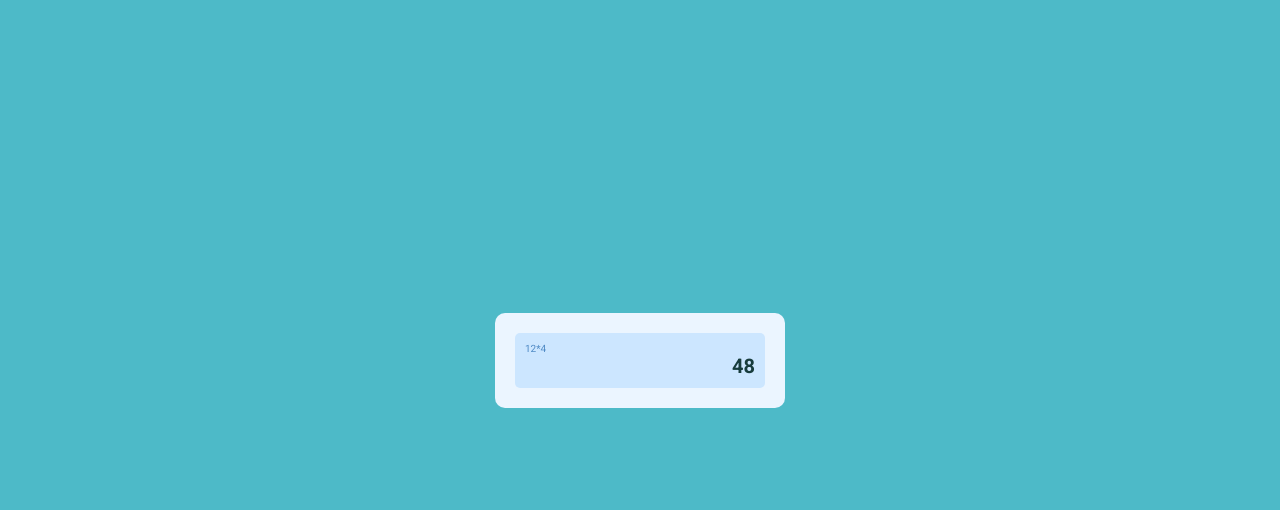
Repository: Herinyhert/Calculate-infix-a-postfix
Page: index.html
The author's editor kept a copy of each file at every save. The page is drawn from the files as they stood at one save, then again after a run of saves.
The browser window is 1280 px wide. The pictures show the whole page.

Above is the page before, as saved 2023-11-02 19:10:53.
Console error: SyntaxError: Cannot use import statement outside a module

### index.html
<html lang="en">
  <head>
    <meta charset="UTF-8" />
    <meta http-equiv="X-UA-Compatible" content="IE=edge" />
    <meta name="viewport" content="width=device-width, initial-scale=1.0" />
    <title>Calculator</title>
    <link rel="preconnect" href="https://fonts.googleapis.com" />
    <link rel="preconnect" href="https://fonts.gstatic.com" crossorigin />
    <link
      href="https://fonts.googleapis.com/css2?family=Roboto:wght@300;400;500;700&display=swap"
      rel="stylesheet"
    />
    <link rel="stylesheet" href="css/index.css" />
  </head>
  <body>
    <div class="caculate-container">
      <div class="calculator-result-preview">
        <div id="operation">12*4</div>
        <div id="operation-result">48</div>
      </div>
      <div id="calculator-buttons"></div>
    </div>
    <script src="js/index.js"></script>
  </body>
</html>

### css/index.css
body{
    display: flex;
    justify-content: center;
    align-items: center;
    min-height: 100vh;
    background-color: #4dbac8;
    box-sizing: border-box;
    margin: 0;
    padding: 0;
    font-family: 'Roboto', sans-serif;
}
.caculate-container{
    background-color: #ebf5ff;
    padding: 20px;
    border-radius: 10px;
    width: 250px;
}
.calculator-result-preview{
    background-color: #cce6ff;
    width: auto;
    border-radius: 5px;
    padding: 10px;
}
#operation{
    color: #4f8ac5;
    font-size: 10px;
}
#operation-result{
    color: #173c3d;
    font-size: 20px;
    font-weight: bold;
    display: flex;
    justify-content: flex-end;
}

### js/index.js
import { buttons } from './buttons.js';
const buttonContainer = document.getElementById('calculator-buttons');
buttons.forEach(button => {
    const buttonElement = document.createElement('button');
    buttonElement.className = button.className;
    buttonElement.innerText = button.value.toString();
    buttonContainer.appendChild(buttonElement);
});

### js/buttons.js
import { calculate } from "./calculator.js";
let operation = "";
const operationContainer = document.getElementById("operation");
const operationResult = document.getElementById("operation-result");
const buttonContainer = document.getElementById("calculator-buttons");
function addValue(value) {
    operation += value;
    operationContainer.innerHTML = operation;
}
function handleCalculate(operation) {
    operationResult.innerHTML = calculate(operation).toString();
}
function handleClear() {
    operation = "";
    operationContainer.innerHTML = "";
    operationResult.innerHTML = "0";
}
function handleDelete() {
    operation = operation.slice(0, operation.length - 1);
    operationContainer.innerHTML = operation;
}
export const buttons = [
    {
        value: "(",
        className: "button small dark",
        action: addValue,
    },
    {
        value: ")",
        className: "button small dark",
        action: addValue,
    },
    {
        value: "ans",
        className: "button small dark",
        action: addValue,
    },
    {
        value: "del",
        className: "button small dark",
        action: handleDelete,
    },
    {
        value: "clear",
        className: "button small dark",
        action: handleClear,
    },
    {
        value: "7",
        className: "button",
        action: addValue,
    },
    {
        value: "8",
        className: "button",
        action: addValue,
    },
    {
        value: "9",
        className: "button",
        action: addValue,
    },
    {
        value: "%",
        className: "button dark large",
        action: addValue,
    },
    //   {
    //     value: "√",
    //     className: "button dark",
    //     action: addValue,
    //   },
    {
        value: "4",
        className: "button",
        action: addValue,
    },
    {
        value: "5",
        className: "button",
        action: addValue,
    },
    {
        value: "6",
        className: "button",
        action: addValue,
    },
    {
        value: "*",
        className: "button dark",
        action: addValue,
    },
    {
        value: "/",
        className: "button dark",
        action: addValue,
    },
    {
        value: "1",
        className: "button",
        action: addValue,
    },
    {
        value: "2",
        className: "button",
        action: addValue,
    },
    {
        value: "3",
        className: "button",
        action: addValue,
    },
    {
        value: "+",
        className: "button dark",
        action: addValue,
    },
    {
        value: "-",
        className: "button dark",
        action: addValue,
    },
    {
        value: ".",
        className: "button dark",
        action: addValue,
    },
    {
        value: "0",
        className: "button",
        action: addValue,
    },
    {
        value: "^",
        className: "button dark",
        action: addValue,
    },
    {
        value: "ENTER",
        className: "button dark large",
        action: handleCalculate,
    },
];
buttons.forEach((button) => {
    const buttonElement = document.createElement("button");
    buttonElement.className = button.className;
    buttonElement.innerText = button.value.toString();
    if (button.value === "ENTER") {
        buttonElement.addEventListener("click", () => button.action(operation));
    }
    else {
        buttonElement.addEventListener("click", () => button.action(button.value.toLocaleString()));
    }
    buttonContainer === null || buttonContainer === void 0 ? void 0 : buttonContainer.appendChild(buttonElement);
});

### js/calculator.js
import { OPERATORS } from "./enums/operators.js";
const OPERAND_STACK = [];
const OPERATOR_STACK = [];
function isOperator(operator) {
    return (operator === OPERATORS.POW ||
        operator === OPERATORS.MINUS ||
        operator === OPERATORS.PLUS ||
        operator === OPERATORS.MULTIPLY ||
        operator === OPERATORS.DIVIDE ||
        operator === OPERATORS.MODULE);
}
function getProcedence(operator) {
    if (operator === OPERATORS.POW) {
        return 3;
    }
    else if (operator === OPERATORS.MULTIPLY ||
        operator === OPERATORS.DIVIDE ||
        operator === OPERATORS.MODULE) {
        return 2;
    }
    else if (operator === OPERATORS.PLUS || operator === OPERATORS.MINUS) {
        return 1;
    }
    return -1;
}
const action = {
    [OPERATORS.DIVIDE]: (leftNumber, rightNumber) => rightNumber / leftNumber,
    [OPERATORS.PLUS]: (leftNumber, rightNumber) => leftNumber + rightNumber,
    [OPERATORS.MINUS]: (leftNumber, rightNumber) => rightNumber - leftNumber,
    [OPERATORS.MULTIPLY]: (leftNumber, rightNumber) => leftNumber * rightNumber,
    [OPERATORS.MODULE]: (leftNumber, rightNumber) => leftNumber % rightNumber,
    [OPERATORS.POW]: (leftNumber, rightNumber) => Math.pow(leftNumber, rightNumber),
};
function calculateOperation() {
    const leftSideNumber = OPERATOR_STACK.pop(); //2
    const operation = OPERAND_STACK.pop(); //+
    const rightSideNumber = OPERATOR_STACK.pop(); //2
    return action[operation](leftSideNumber, rightSideNumber);
}
function evaluateExpression(expression) {
    for (let i = 0; i < expression.length; i++) {
        let currentOperation = expression[i];
        if (!isNaN(Number(currentOperation))) {
            let currentNumber = "";
            while (!isNaN(Number(currentOperation))) {
                currentNumber = `${currentNumber}${currentOperation}`;
                i++;
                if (i < expression.length) {
                    currentOperation = expression.charAt(i);
                }
                else {
                    break;
                }
            }
            i--;
            OPERATOR_STACK.push(Number(currentNumber));
        }
        else if (currentOperation === "(") {
            OPERAND_STACK.push(currentOperation);
        }
        else if (currentOperation === ")") {
            while (OPERAND_STACK[OPERAND_STACK.length - 1] !== "(") {
                const output = calculateOperation();
                OPERATOR_STACK.push(output);
            }
            OPERAND_STACK.pop();
        }
        else if (isOperator(currentOperation)) {
            while (OPERAND_STACK.length !== 0 &&
                getProcedence(currentOperation) <=
                    getProcedence(OPERAND_STACK[OPERAND_STACK.length - 1])) {
                const output = calculateOperation();
                OPERATOR_STACK.push(output);
            }
            OPERAND_STACK.push(currentOperation);
        }
    }
    while (OPERAND_STACK.length !== 0) {
        const output = calculateOperation();
        OPERATOR_STACK.push(output);
    }
    return OPERATOR_STACK.pop();
}
export function calculate(operation) {
    return evaluateExpression(operation);
}

### js/enums/operators.js
export var OPERATORS;
(function (OPERATORS) {
    OPERATORS["PLUS"] = "+";
    OPERATORS["MINUS"] = "-";
    OPERATORS["MULTIPLY"] = "*";
    OPERATORS["DIVIDE"] = "/";
    OPERATORS["SQUARE_ROOT"] = "\u221A";
    OPERATORS["MODULE"] = "%";
    OPERATORS["POW"] = "^";
})(OPERATORS || (OPERATORS = {}));

After the next 3 saves:
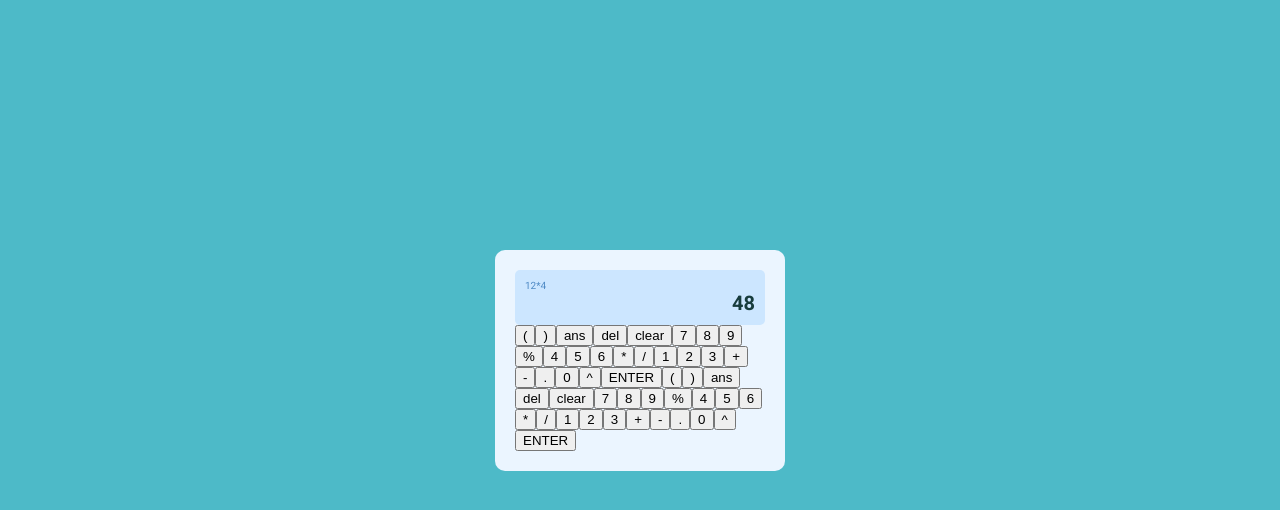
The error is gone.
The 3 saves are shown as one change because they came seconds apart.
The last was saved 55 s later.
--- a/index.html
+++ b/index.html
@@ -20,6 +20,6 @@
       </div>
       <div id="calculator-buttons"></div>
     </div>
-    <script src="js/index.js"></script>
+    <script src="js/index.js" type="module"></script>
   </body>
 </html>
